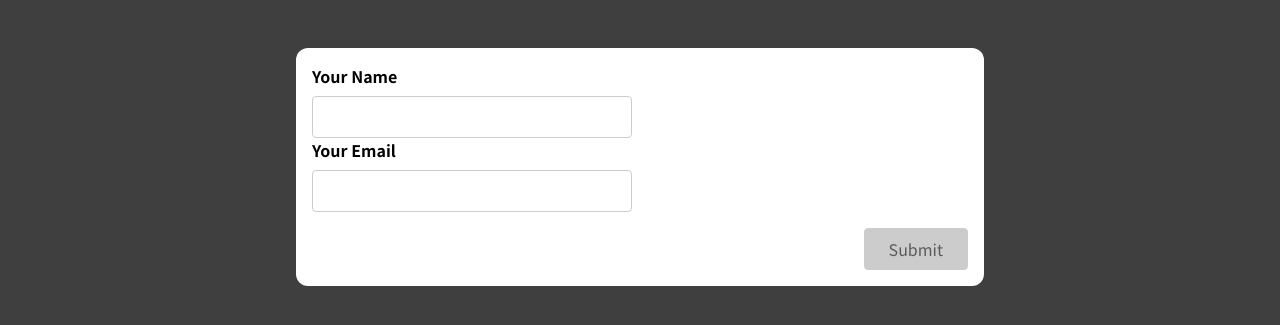
Repository: NamalPathirana/WorkingWithForms
Page: /
An editor plug-in stored every save of this project. The page is shown before and after the next save, followed by the edit.
The browser window is 1280 px wide. The pictures show the whole page.
The project was rebuilt for these pictures with package versions that can differ from the ones it lists, and the page was loaded fresh each time.

Above is the page before, as saved 2022-03-30 16:18:25.

After the next save:
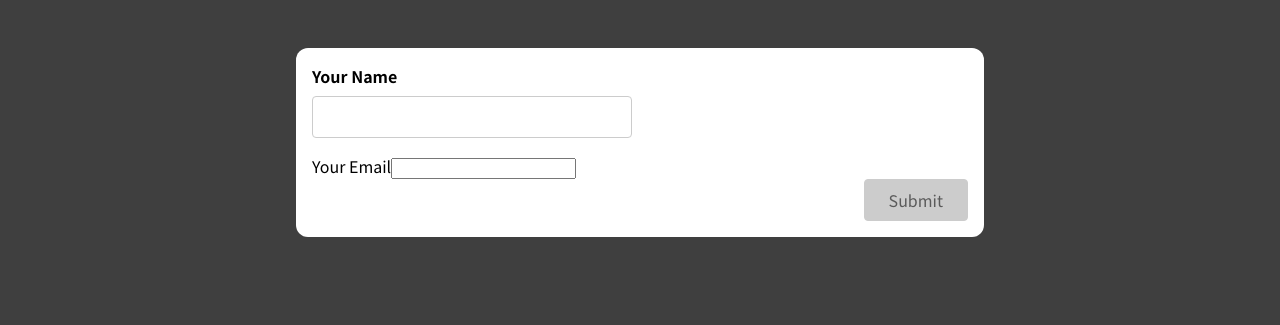
Saved 67 s later.
--- a/src/components/SimpleInput.js
+++ b/src/components/SimpleInput.js
@@ -60,18 +60,20 @@ const SimpleInput = (props) => {
         {enteredNameIsInvalid && (
           <p className="error-text">Name cannot be empty...</p>
         )}
-        <label htmlFor="email">Your Email</label>
-        <input
-          type="text"
-          id="email"
-          onChange={emailInputChangeHandler}
-          onBlur={emailInputBlurHandler}
-          value={enteredEmail}
-        />
-        {enteredEmailIsNotValid && (
-          <p className="error-text"> email cannot be empty</p>
-        )}
       </div>
+
+      <label htmlFor="email">Your Email</label>
+      <input
+        type="text"
+        id="email"
+        onChange={emailInputChangeHandler}
+        onBlur={emailInputBlurHandler}
+        value={enteredEmail}
+      />
+      {enteredEmailIsNotValid && (
+        <p className="error-text"> email cannot be empty</p>
+      )}
+
       <div className="form-actions">
         <button disabled={!formIsValid}>Submit</button>
       </div>
